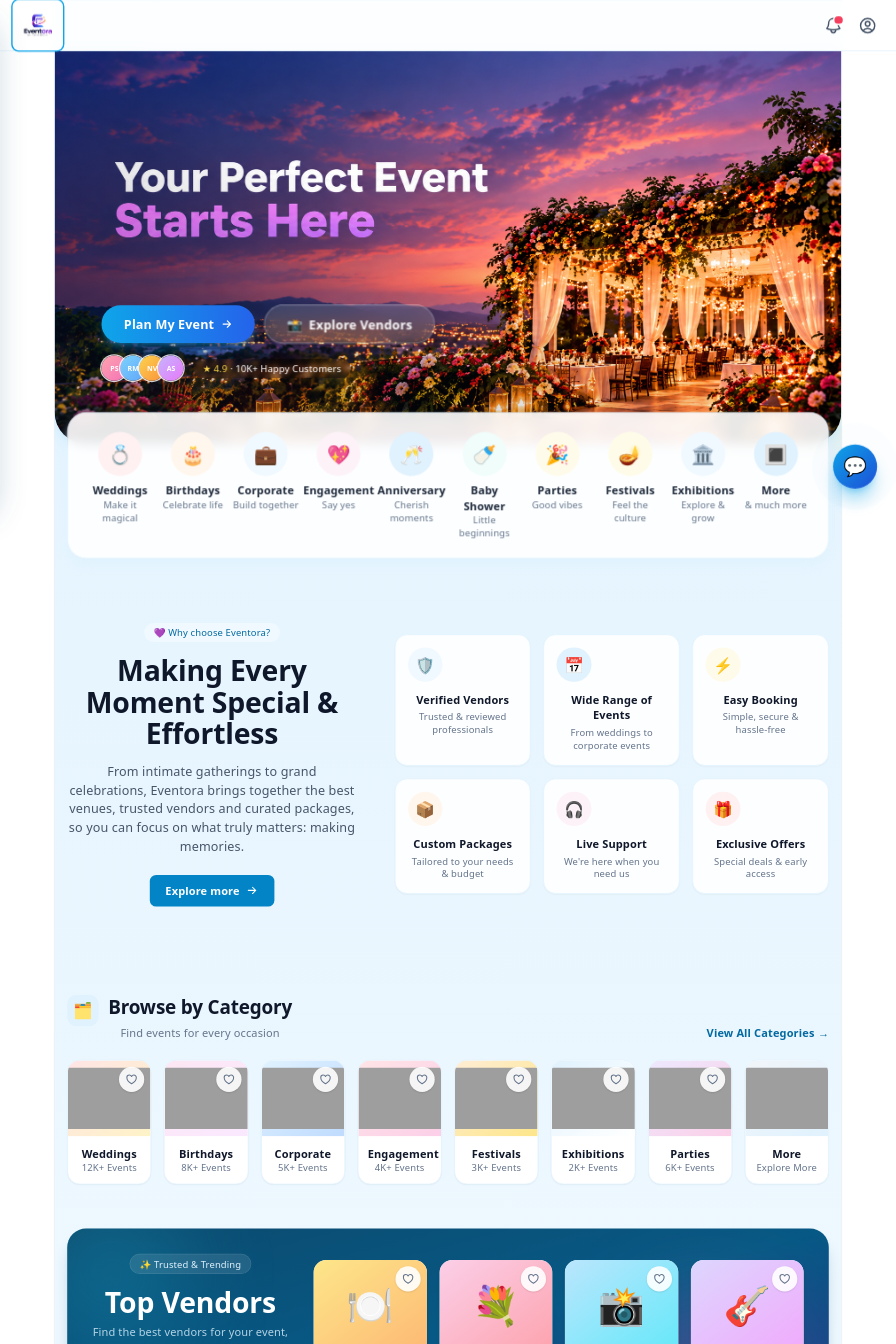
Repository: piyush-2416/Events_Handler
Page: / (app in frontend/)
These files come from the project's save history. The page is drawn as it stood at one moment and after the next save; the edit follows.
The browser window is 1280 px wide. The pictures show the part of the page from y = 0 to 1920 px (the page is 4439 px tall before and 720 px after), at 70% of full size.
Pictures or frames that could not be fetched are drawn as grey boxes. The page's requests for data from a server got no answer. Some web libraries are served in a nearby version. The project was rebuilt for these pictures with package versions that can differ from the ones it lists, and the page was loaded fresh each time. No one was signed in, and anything a server would have sent is missing. Also part of the build but not shown: frontend/vite.config.js.

Above is the page before, as saved 2026-10-14 11:01:12.

After the next save:
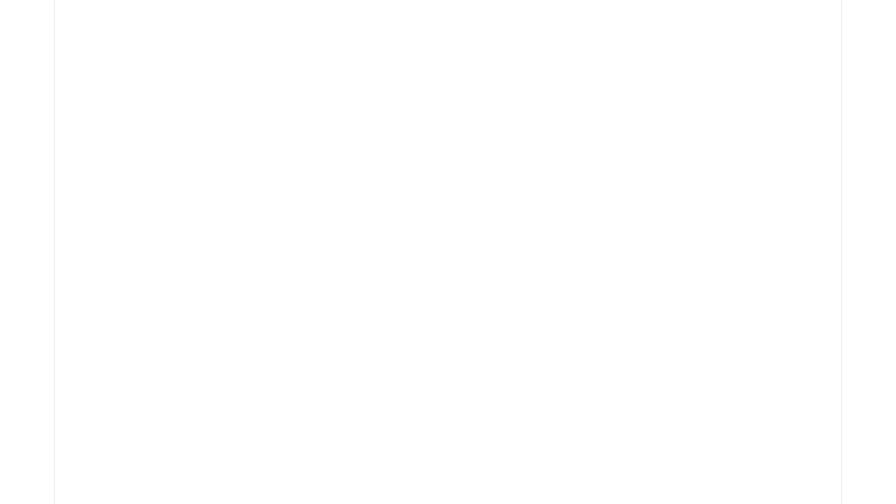
Console error: ReferenceError: to is not defined
Saved 2 min 44 s later.
--- a/frontend/src/Components/Navbar.jsx
+++ b/frontend/src/Components/Navbar.jsx
@@ -129,6 +129,7 @@
       {/* SIDEBAR */}
       <aside
         id="sidebar"
+        to={to}
         ref={sidebarRef}
         tabIndex={-1}
         role="dialog"

After the save that followed:
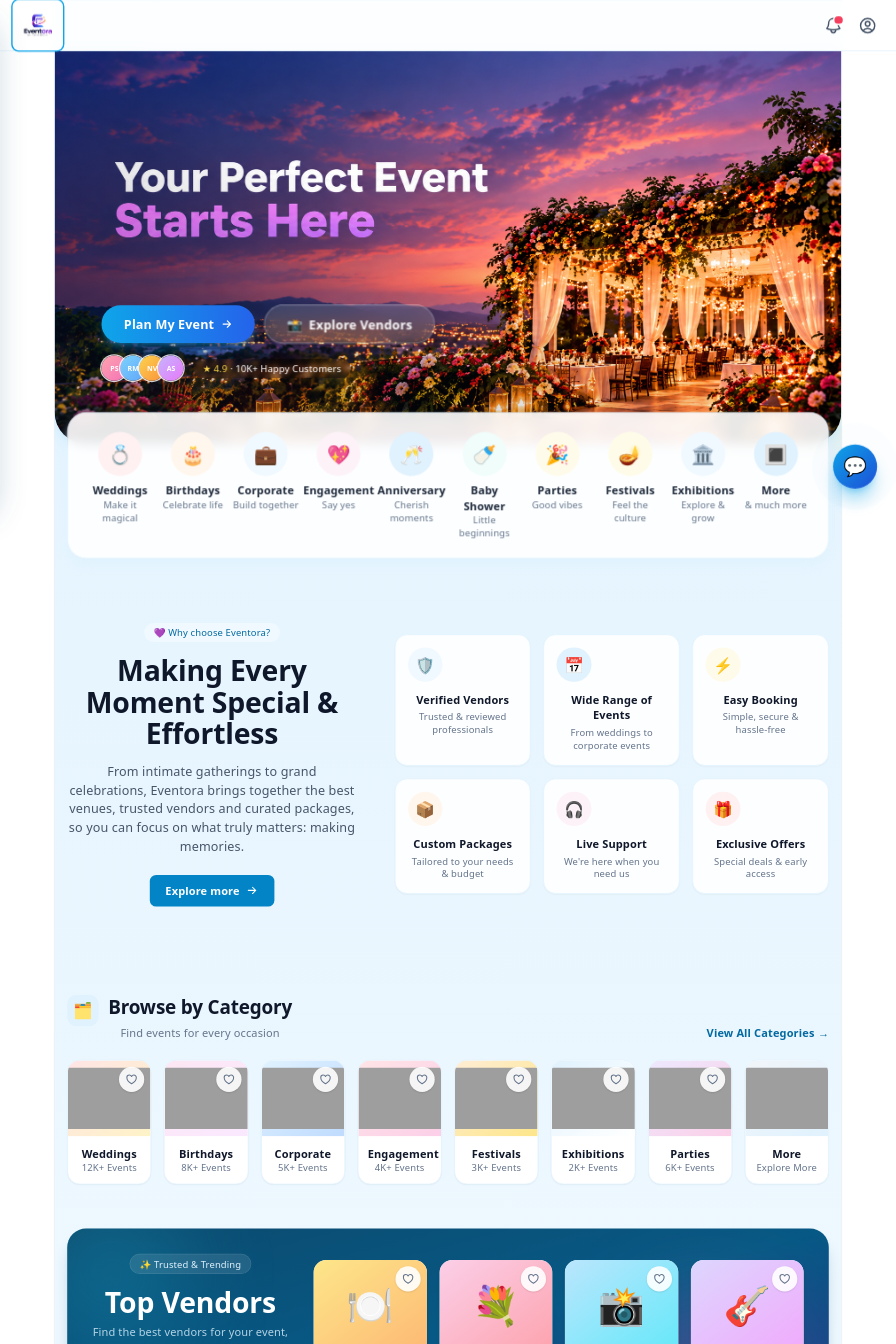
The error is gone.
Saved 6 s later.
--- a/frontend/src/Components/Navbar.jsx
+++ b/frontend/src/Components/Navbar.jsx
@@ -129,7 +129,7 @@
       {/* SIDEBAR */}
       <aside
         id="sidebar"
-        to={to}
+
         ref={sidebarRef}
         tabIndex={-1}
         role="dialog"
